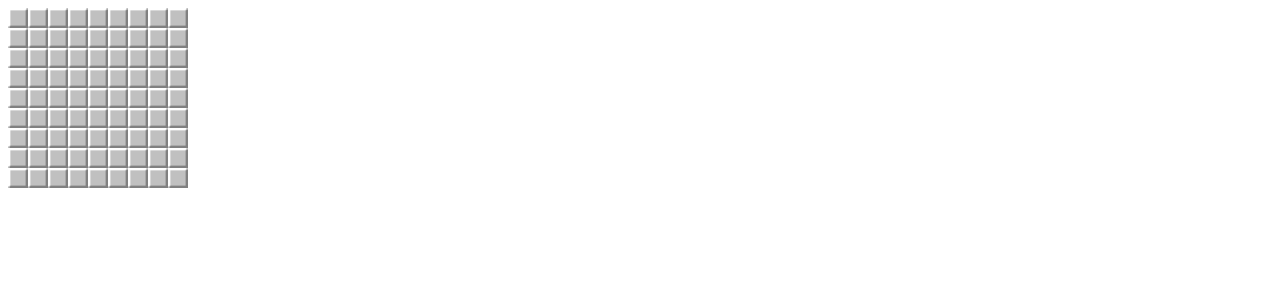
Repository: vLinv/MineSweeper
Page: index.html
The author's editor kept a copy of each file at every save. The page is drawn from the files as they stood at one save, then again after a run of saves.
The browser window is 1280 px wide. The pictures show the whole page.

Above is the page before, as saved 2022-02-18 10:13:27.

After the next 2 saves:
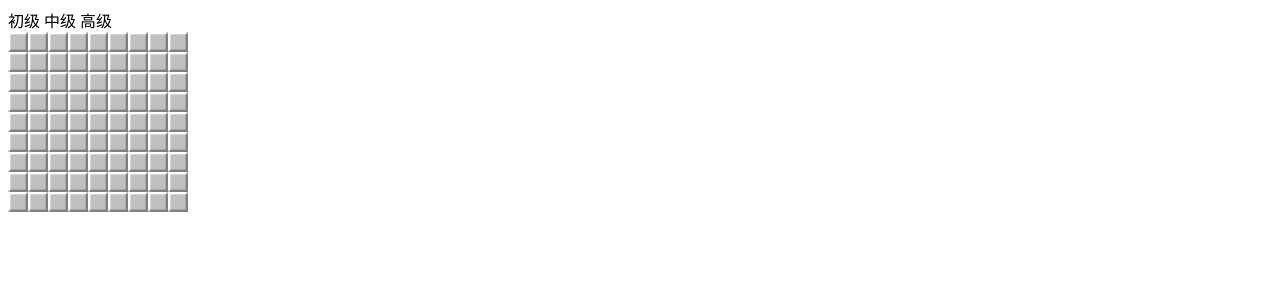
The 2 saves are shown as one change because they came seconds apart.
The last was saved 44 s later.
--- a/index.html
+++ b/index.html
@@ -9,6 +9,11 @@
 </head>
 
 <body>
+  <div class="level_select">
+    <span>初级</span>
+    <span>中级</span>
+    <span>高级</span>
+  </div>
   <canvas id="canvas" width="180" height="180"></canvas>
   <script>
     /** @type {HTMLCanvasElement} */
@@ -27,7 +32,7 @@
         mapSize: [16, 16],
         mineNum: 40
       },
-      'advanced' : {
+      'advanced': {
         mapSize: [16, 30],
         mineNum: 90
       }
